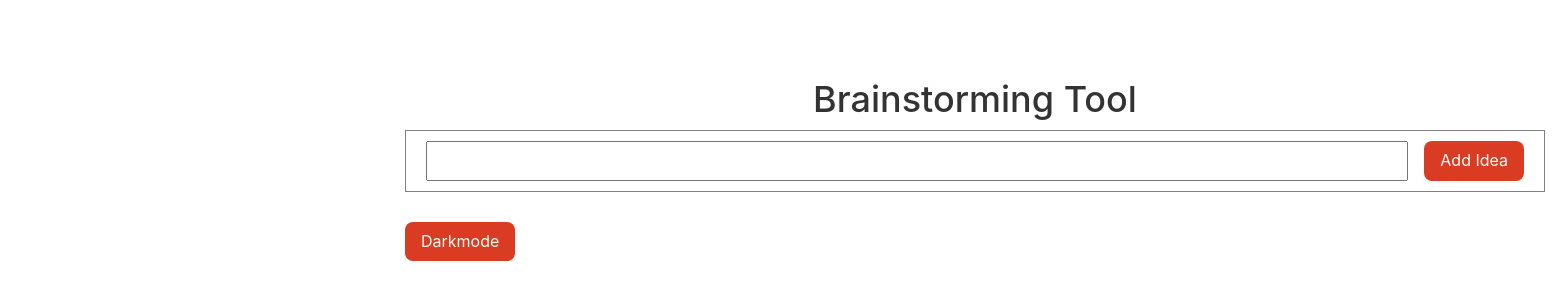
Repository: MateoD-0700/brainstorming-tool-v1
Page: /
These files come from the project's save history. The page is drawn as it stood at one moment and after the next save; the edit follows.
The browser window is 1280 px wide. The page is 1560 px wide, then 1280 px, so the pictures cover 1560 px, including what lies to the right of the window. The pictures show the whole page.
The project was rebuilt for these pictures with package versions that can differ from the ones it lists, and the page was loaded fresh each time.

Above is the page before, as saved 2021-10-14 00:39:47.

After the next save:
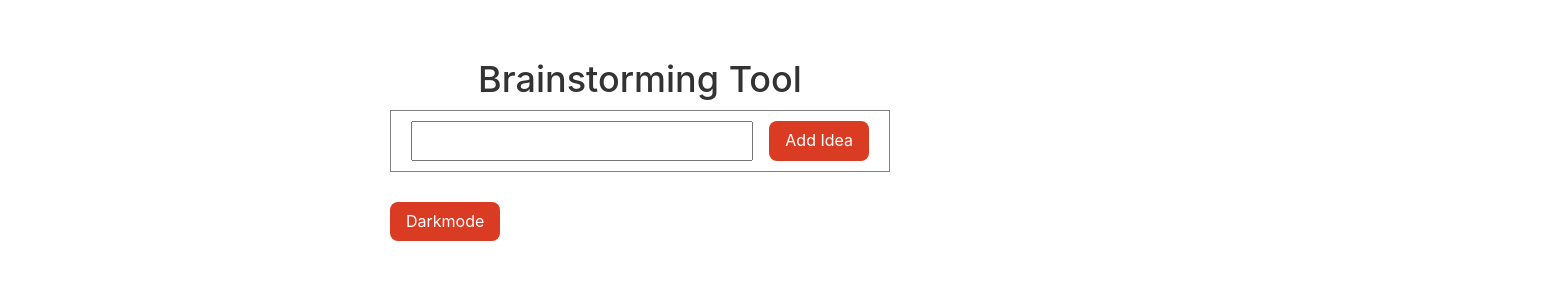
Saved 2 min 58 s later.
--- a/src/App.js
+++ b/src/App.js
@@ -79,7 +79,6 @@ const App = () => {
 
   return (
     <div id="todo-list">
-      <div class="container">
       <h1>Brainstorming Tool</h1>
       <form onSubmit={handleSubmit}>
         <input
@@ -125,7 +124,6 @@ const App = () => {
       <div>
         <button onClick={()=>setDarkMode(!darkMode)}>Darkmode</button>
         </div>
-        </div>
     </div>
   );
 };
